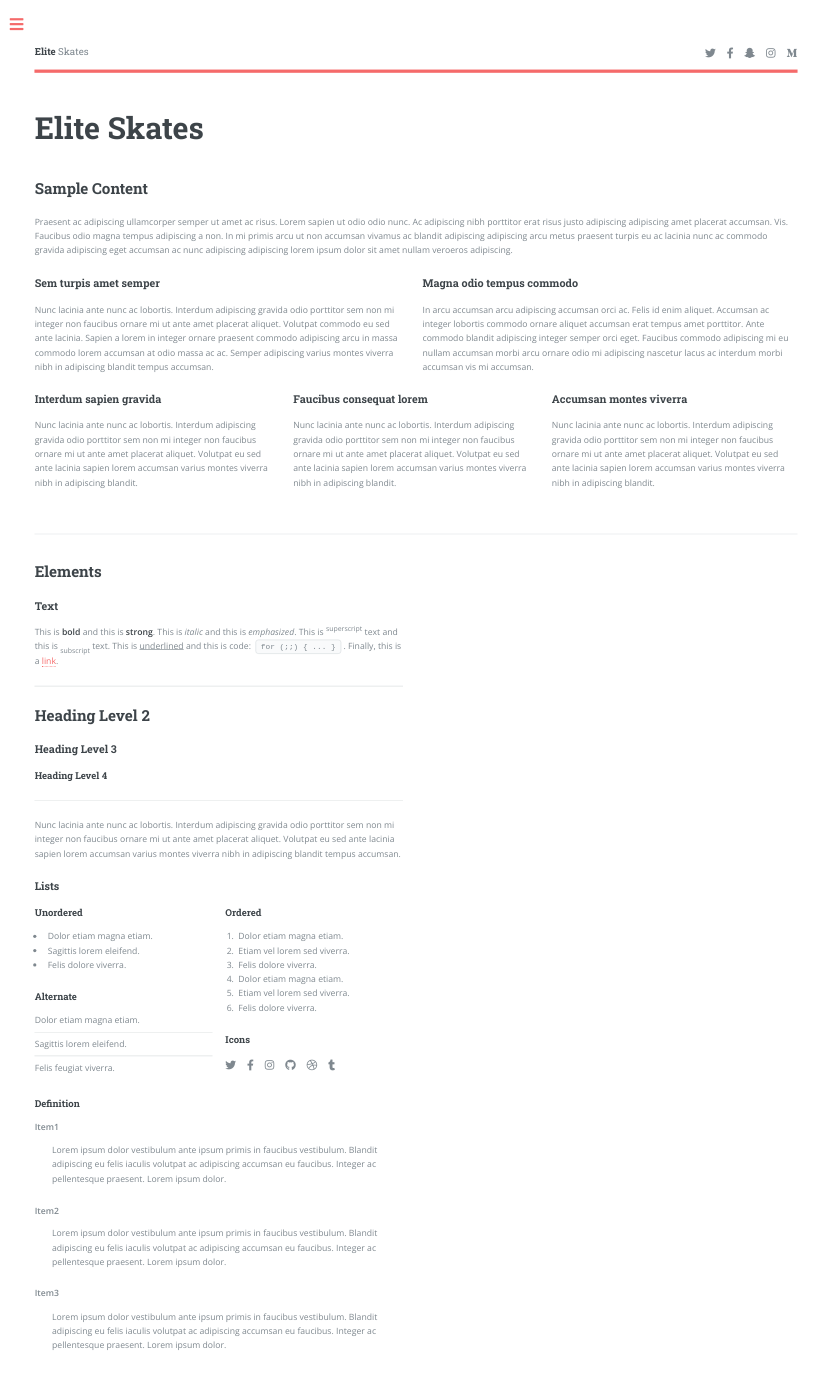
Repository: rachel648/New_Elite
Page: elements.html
These files come from the project's save history. The page is drawn as it stood at one moment and after the next save; the edit follows.
The browser window is 1280 px wide. The pictures show the whole page, at 65% of full size.

Above is the page before, as saved 2024-10-14 12:11:29.

After the next save:
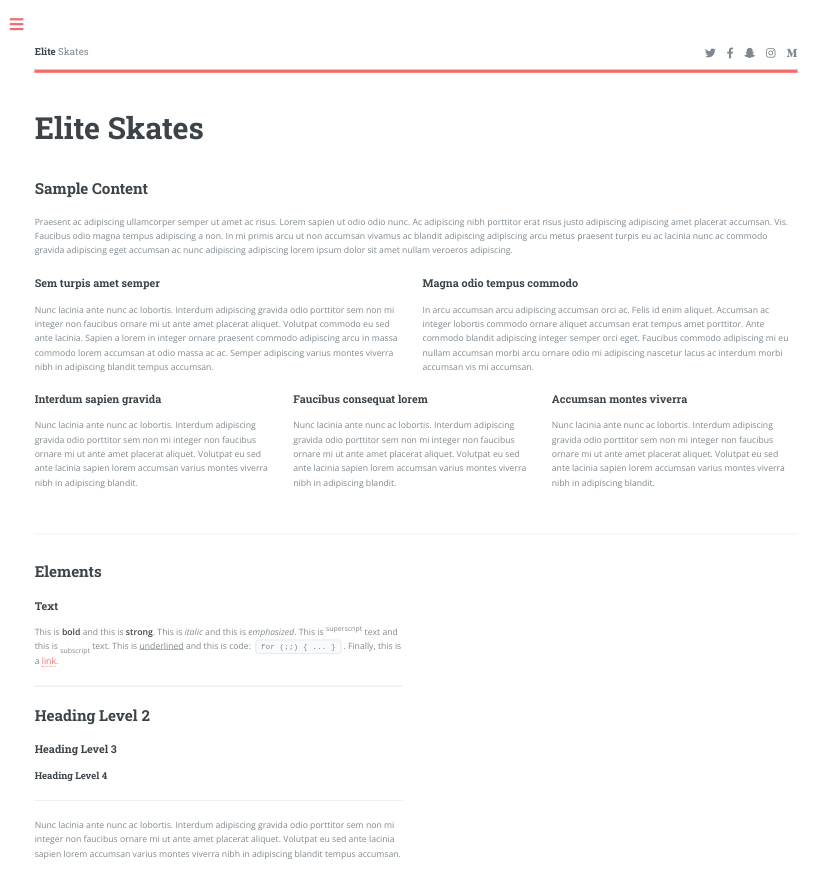
Saved 28 s later.
--- a/elements.html
+++ b/elements.html
@@ -80,65 +80,6 @@
 													<hr />
 													<p>Nunc lacinia ante nunc ac lobortis. Interdum adipiscing gravida odio porttitor sem non mi integer non faucibus ornare mi ut ante amet placerat aliquet. Volutpat eu sed ante lacinia sapien lorem accumsan varius montes viverra nibh in adipiscing blandit tempus accumsan.</p>
 
-												<!-- Lists -->
-													<h3>Lists</h3>
-													<div class="row">
-														<div class="col-6 col-12-small">
-
-															<h4>Unordered</h4>
-															<ul>
-																<li>Dolor etiam magna etiam.</li>
-																<li>Sagittis lorem eleifend.</li>
-																<li>Felis dolore viverra.</li>
-															</ul>
-
-															<h4>Alternate</h4>
-															<ul class="alt">
-																<li>Dolor etiam magna etiam.</li>
-																<li>Sagittis lorem eleifend.</li>
-																<li>Felis feugiat viverra.</li>
-															</ul>
-
-														</div>
-														<div class="col-6 col-12-small">
-
-															<h4>Ordered</h4>
-															<ol>
-																<li>Dolor etiam magna etiam.</li>
-																<li>Etiam vel lorem sed viverra.</li>
-																<li>Felis dolore viverra.</li>
-																<li>Dolor etiam magna etiam.</li>
-																<li>Etiam vel lorem sed viverra.</li>
-																<li>Felis dolore viverra.</li>
-															</ol>
-
-															<h4>Icons</h4>
-															<ul class="icons">
-																<li><a href="#" class="icon brands fa-twitter"><span class="label">Twitter</span></a></li>
-																<li><a href="#" class="icon brands fa-facebook-f"><span class="label">Facebook</span></a></li>
-																<li><a href="#" class="icon brands fa-instagram"><span class="label">Instagram</span></a></li>
-																<li><a href="#" class="icon brands fa-github"><span class="label">Github</span></a></li>
-																<li><a href="#" class="icon brands fa-dribbble"><span class="label">Dribbble</span></a></li>
-																<li><a href="#" class="icon brands fa-tumblr"><span class="label">Tumblr</span></a></li>
-															</ul>
-
-														</div>
-													</div>
-													<h4>Definition</h4>
-													<dl>
-														<dt>Item1</dt>
-														<dd>
-															<p>Lorem ipsum dolor vestibulum ante ipsum primis in faucibus vestibulum. Blandit adipiscing eu felis iaculis volutpat ac adipiscing accumsan eu faucibus. Integer ac pellentesque praesent. Lorem ipsum dolor.</p>
-														</dd>
-														<dt>Item2</dt>
-														<dd>
-															<p>Lorem ipsum dolor vestibulum ante ipsum primis in faucibus vestibulum. Blandit adipiscing eu felis iaculis volutpat ac adipiscing accumsan eu faucibus. Integer ac pellentesque praesent. Lorem ipsum dolor.</p>
-														</dd>
-														<dt>Item3</dt>
-														<dd>
-															<p>Lorem ipsum dolor vestibulum ante ipsum primis in faucibus vestibulum. Blandit adipiscing eu felis iaculis volutpat ac adipiscing accumsan eu faucibus. Integer ac pellentesque praesent. Lorem ipsum dolor.</p>
-														</dd>
-													</dl>
 
 
 
